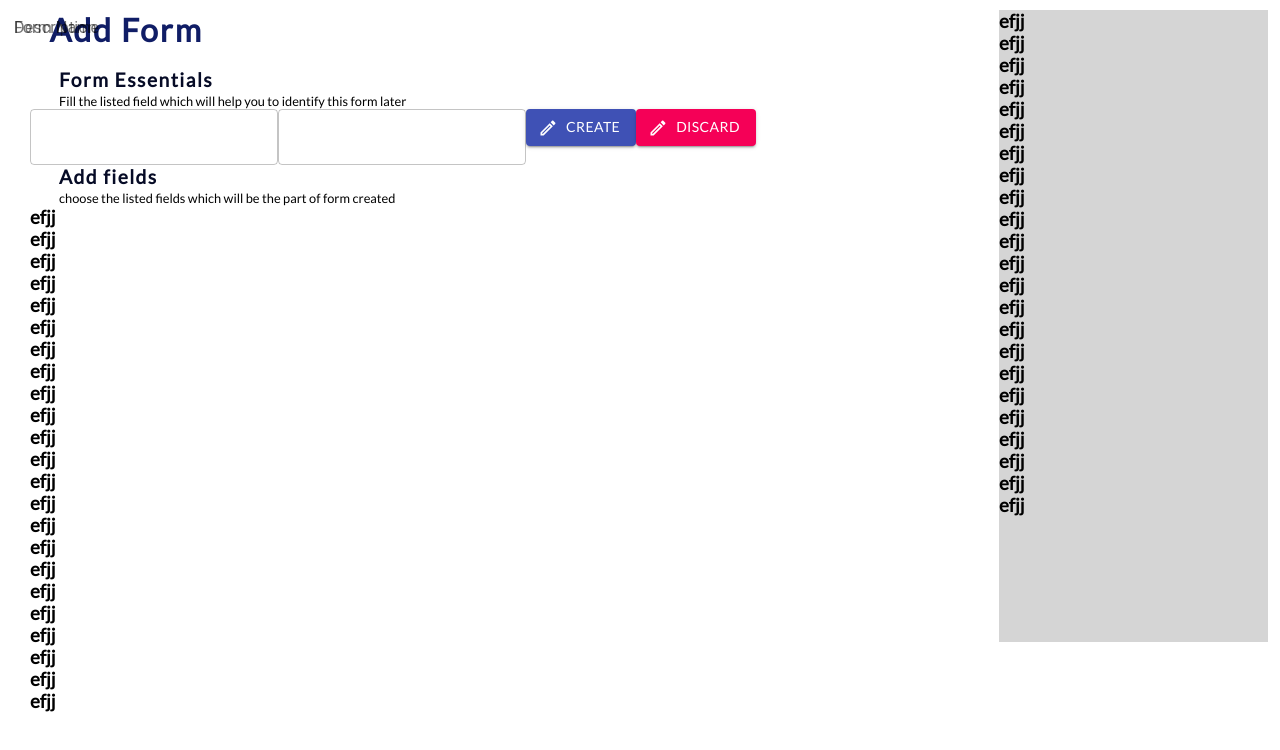
Repository: Architjain128/df
Page: /add
The author's editor kept a copy of each file at every save. The page is drawn from the files as they stood at one save, then again after a run of saves.
The browser window is 1280 px wide. The pictures show the whole page.
The project was rebuilt for these pictures with package versions that can differ from the ones it lists, and the page was loaded fresh each time. Also part of the build but not shown: src/App.css, src/dftable.js, src/dataForm.js.

Above is the page before, as saved 2021-06-25 16:10:23.

After the next 2 saves:
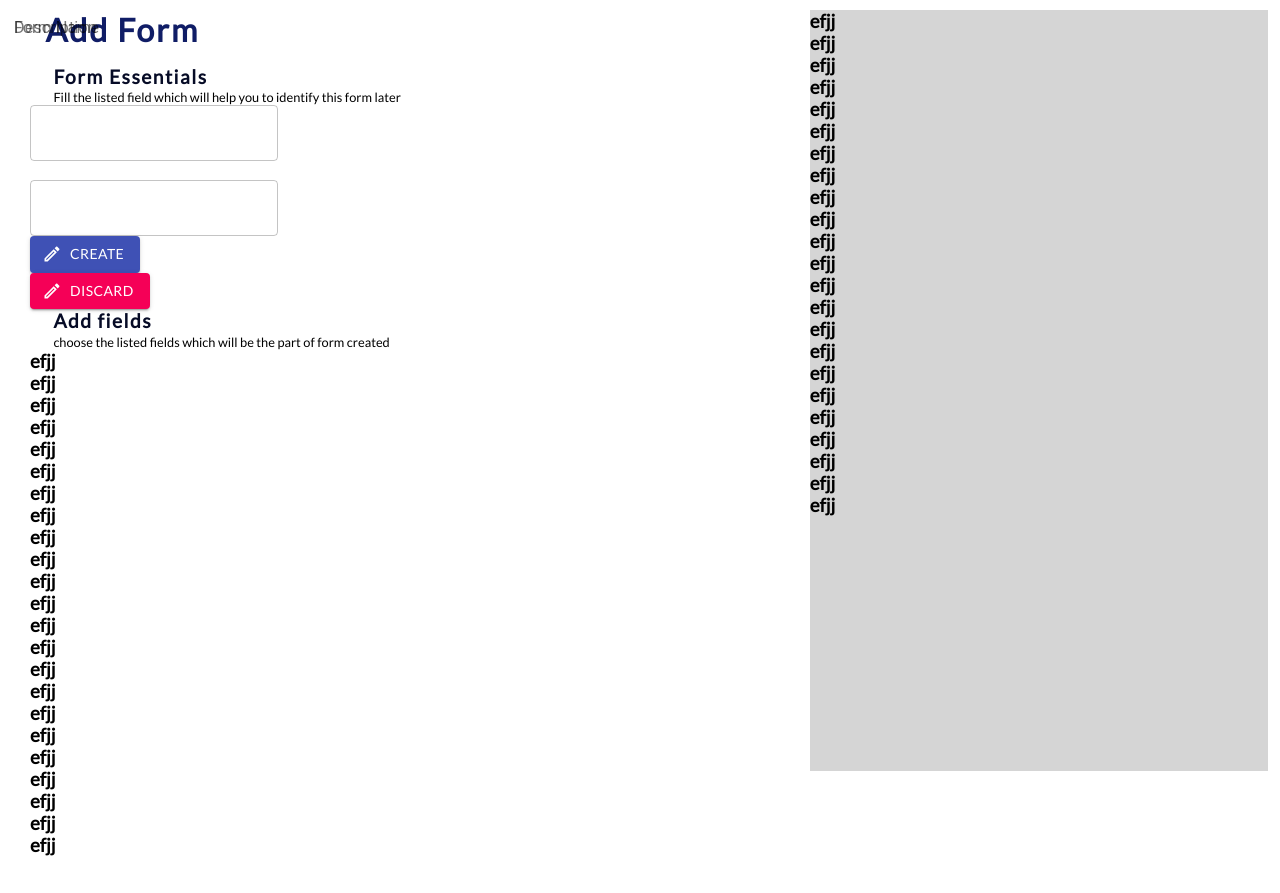
The 2 saves are shown as one change because they came seconds apart.
The last was saved 7 s later.
--- a/src/dataForm.css
+++ b/src/dataForm.css
@@ -115,8 +115,8 @@
 .flex-container {
   /* padding: 0; */
   /* margin: 0; */
-  list-style: none;
-  display: flex;
+  /* list-style: none; */
+  /* display: flex; */
   justify-content: flex-start;
 }
 .flex-item {
